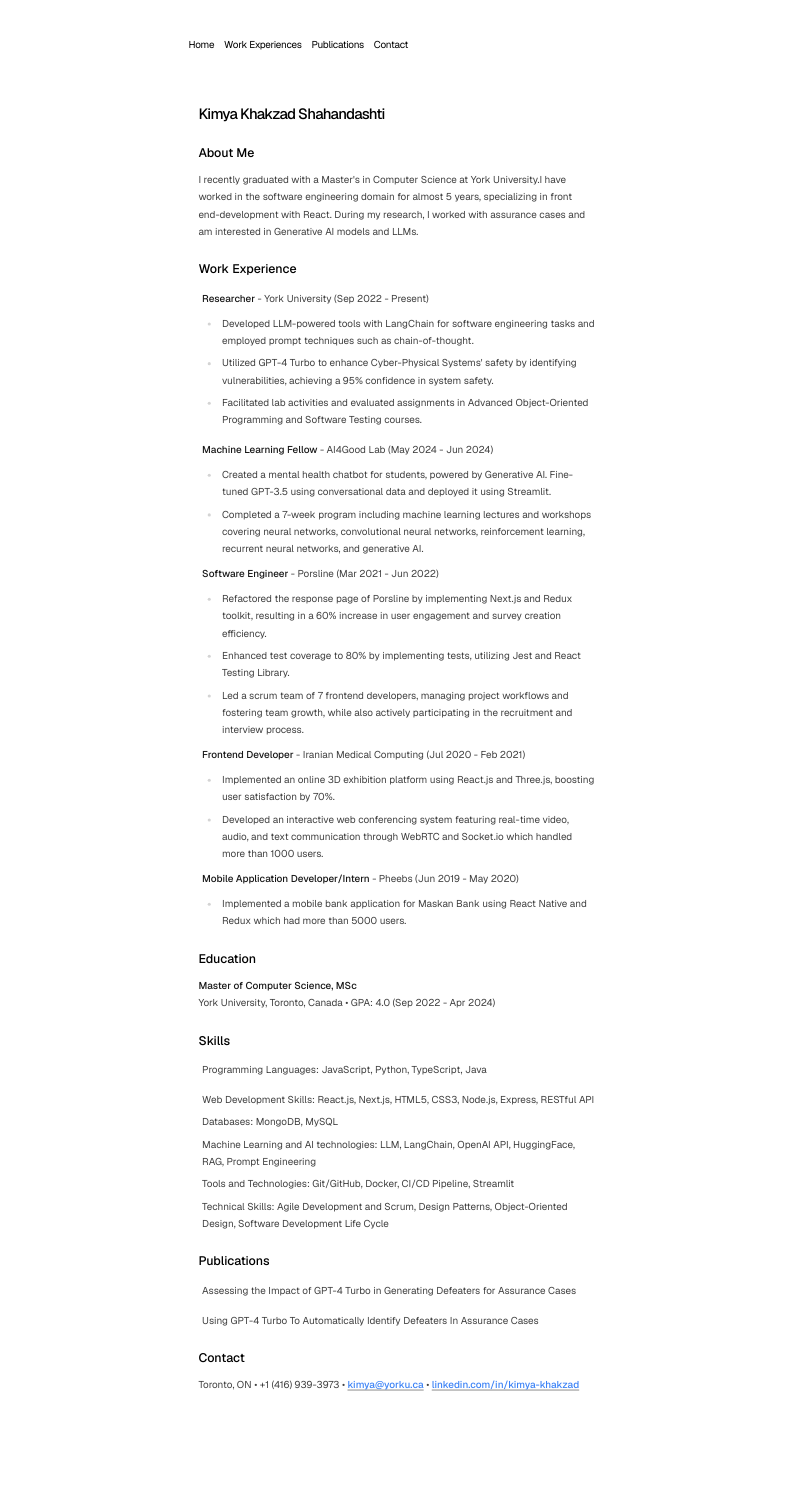
Repository: kimixz/kimixz.github.io
Page: /
These files come from the project's save history. The page is drawn as it stood at one moment and after the next save; the edit follows.
The browser window is 1280 px wide. The pictures show the whole page, at 62% of full size.
The project was rebuilt for these pictures with package versions that can differ from the ones it lists, and the page was loaded fresh each time. Some packages were replaced by stand-ins written for this rebuild. The framework's server and built-in components were replaced by stand-ins that run in the browser. Also part of the build but not shown: next.config.mjs, app/blog/[slug]/sandpack.tsx.

Above is the page before, as saved 2024-07-28 16:38:39.

### app/page.tsx
export default function Page() {
  return (
    <section className="max-w-3xl mx-auto p-4">
      <h1 className="font-medium text-2xl mb-8 tracking-tighter">Kimya Khakzad Shahandashti</h1>

      <section className="mb-8">
        <h2 className="font-medium text-xl mb-4">About Me</h2>
        <p className="prose prose-neutral dark:prose-invert">
          I recently graduated with a Master's in Computer Science at York University.I have worked in the software engineering domain for almost 5 years, specializing in front end-development with React.
          During my research, I worked with assurance cases and am interested in Generative AI models and LLMs.
        </p>
      </section>

      <section className="mb-8">
        <h2 className="font-medium text-xl mb-4">Work Experience</h2>
        <ul className="prose prose-neutral dark:prose-invert">
          <li>
            <strong>Researcher</strong> - York University (Sep 2022 - Present)
            <ul>
              <li>Developed LLM-powered tools with LangChain for software engineering tasks and employed prompt techniques such as chain-of-thought.</li>
              <li>Utilized GPT-4 Turbo to enhance Cyber-Physical Systems' safety by identifying vulnerabilities, achieving a 95% confidence in system safety.</li>
              <li>Facilitated lab activities and evaluated assignments in Advanced Object-Oriented Programming and Software Testing courses.</li>
            </ul>
          </li>
          <li>
            <strong>Machine Learning Fellow</strong> - AI4Good Lab (May 2024 - Jun 2024)
            <ul>
              <li>Created a mental health chatbot for students, powered by Generative AI. Fine-tuned GPT-3.5 using conversational data and deployed it using Streamlit.</li>
              <li>Completed a 7-week program including machine learning lectures and workshops covering neural networks, convolutional neural networks, reinforcement learning, recurrent neural networks, and generative AI.</li>
            </ul>
          </li>
          <li>
            <strong>Software Engineer</strong> - Porsline (Mar 2021 - Jun 2022)
            <ul>
              <li>Refactored the response page of Porsline by implementing Next.js and Redux toolkit, resulting in a 60% increase in user engagement and survey creation efficiency.</li>
              <li>Enhanced test coverage to 80% by implementing tests, utilizing Jest and React Testing Library.</li>
              <li>Led a scrum team of 7 frontend developers, managing project workflows and fostering team growth, while also actively participating in the recruitment and interview process.</li>
            </ul>
          </li>
          <li>
            <strong>Frontend Developer</strong> - Iranian Medical Computing (Jul 2020 - Feb 2021)
            <ul>
              <li>Implemented an online 3D exhibition platform using React.js and Three.js, boosting user satisfaction by 70%.</li>
              <li>Developed an interactive web conferencing system featuring real-time video, audio, and text communication through WebRTC and Socket.io which handled more than 1000 users.</li>
            </ul>
          </li>
          <li>
            <strong>Mobile Application Developer/Intern</strong> - Pheebs (Jun 2019 - May 2020)
            <ul>
              <li>Implemented a mobile bank application for Maskan Bank using React Native and Redux which had more than 5000 users.</li>
            </ul>
          </li>
        </ul>
      </section>

      <section className="mb-8">
        <h2 className="font-medium text-xl mb-4">Education</h2>
        <p className="prose prose-neutral dark:prose-invert">
          <strong>Master of Computer Science, MSc</strong><br />
          York University, Toronto, Canada • GPA: 4.0 (Sep 2022 - Apr 2024)
        </p>
      </section>

      <section className="mb-8">
        <h2 className="font-medium text-xl mb-4">Skills</h2>
        <ul className="prose prose-neutral dark:prose-invert">
          <li>Programming Languages: JavaScript, Python, TypeScript, Java</li>
          <li>Web Development Skills: React.js, Next.js, HTML5, CSS3, Node.js, Express, RESTful API</li>
          <li>Databases: MongoDB, MySQL</li>
          <li>Machine Learning and AI technologies: LLM, LangChain, OpenAI API, HuggingFace, RAG, Prompt Engineering</li>
          <li>Tools and Technologies: Git/GitHub, Docker, CI/CD Pipeline, Streamlit</li>
          <li>Technical Skills: Agile Development and Scrum, Design Patterns, Object-Oriented Design, Software Development Life Cycle</li>
        </ul>
      </section>

      <section className="mb-8">
        <h2 className="font-medium text-xl mb-4">Publications</h2>
        <ul className="prose prose-neutral dark:prose-invert">
          <li>Assessing the Impact of GPT-4 Turbo in Generating Defeaters for Assurance Cases</li>
          <li>Using GPT-4 Turbo To Automatically Identify Defeaters In Assurance Cases</li>
        </ul>
      </section>

      <section>
        <h2 className="font-medium text-xl mb-4">Contact</h2>
        <p className="prose prose-neutral dark:prose-invert">
          Toronto, ON • +1 (416) 939-3973 • <a href="mailto:kimya@yorku.ca" className="text-blue-500">kimya@yorku.ca</a> • <a href="https://linkedin.com/in/kimya-khakzad" className="text-blue-500">linkedin.com/in/kimya-khakzad</a>
        </p>
      </section>
    </section>
  );
}

### app/global.css
@tailwind base;
@tailwind components;
@tailwind utilities;

::selection {
  background-color: #47a3f3;
  color: #fefefe;
}

:root {
  --sh-class: #2d5e9d;
  --sh-identifier: #354150;
  --sh-sign: #8996a3;
  --sh-string: #007f7a;
  --sh-keyword: #e02518;
  --sh-comment: #a19595;
  --sh-jsxliterals: #6266d1;
  --sh-property: #e25a1c;
  --sh-entity: #e25a1c;
}

@media (prefers-color-scheme: dark) {
  :root {
    --sh-class: #4c97f8;
    --sh-identifier: white;
    --sh-keyword: #f47067;
    --sh-string: #0fa295;
  }
  html {
    color-scheme: dark;
  }
}

html {
  min-width: 360px;
}

.prose .anchor {
  @apply absolute invisible no-underline;

  margin-left: -1em;
  padding-right: 0.5em;
  width: 80%;
  max-width: 700px;
  cursor: pointer;
}

.anchor:hover {
  @apply visible;
}

.prose a {
  @apply transition-all decoration-neutral-400 dark:decoration-neutral-600 underline-offset-2 decoration-[0.1em];
}

.prose .anchor:after {
  @apply text-neutral-300 dark:text-neutral-700;
  content: '#';
}

.prose *:hover > .anchor {
  @apply visible;
}

.prose pre {
  @apply bg-neutral-50 dark:bg-neutral-900 rounded-lg overflow-x-auto border border-neutral-200 dark:border-neutral-900;
}

.prose code {
  @apply px-1 py-0.5 rounded-lg;
}

.prose pre code {
  @apply p-0;
  border: initial;
  line-height: 1.5;
}

.prose code span {
  @apply font-medium;
}

.prose img {
  /* Don't apply styles to next/image */
  @apply m-0;
}

.prose h2,
h3,
h4 {
  @apply font-medium tracking-tighter !important;
}

.prose strong {
  @apply font-medium;
}

.prose > :first-child {
  /* Override removing top margin, causing layout shift */
  margin-top: 1.25em !important;
  margin-bottom: 1.25em !important;
}

pre::-webkit-scrollbar {
  display: none;
}

pre {
  -ms-overflow-style: none; /* IE and Edge */
  scrollbar-width: none; /* Firefox */
}

/* Remove Safari input shadow on mobile */
input[type='text'],
input[type='email'] {
  -webkit-appearance: none;
  -moz-appearance: none;
  appearance: none;
}

.prose .tweet a {
  text-decoration: inherit;
  font-weight: 500;
}

table {
  display: block;
  max-width: fit-content;
  overflow-x: auto;
  white-space: nowrap;
}

.prose .callout > p {
  margin: 0 !important;
}

.title {
  text-wrap: balance;
}

### app/components/nav.tsx
import Link from 'next/link';

const navItems = {
  '/': {
    name: 'Home',
  },
  '/work': {
    name: 'Work Experiences',
  },
  '/publications': {
    name: 'Publications',
  },
  '/contact': {
    name: 'Contact',
  },
};

export function Navbar() {
  return (
    <aside className="-ml-[8px] mb-16 tracking-tight">
      <div className="lg:sticky lg:top-20">
        <nav
          className="flex flex-row items-start relative px-0 pb-0 fade md:overflow-auto scroll-pr-6 md:relative"
          id="nav"
        >
          <div className="flex flex-row space-x-0 pr-10">
            {Object.entries(navItems).map(([path, { name }]) => {
              return (
                <Link
                  key={path}
                  href={path}
                  className="transition-all hover:text-neutral-800 dark:hover:text-neutral-200 flex align-middle relative py-1 px-2"
                >
                  {name}
                </Link>
              );
            })}
          </div>
        </nav>
      </div>
    </aside>
  );
}

Loaded but not shown: app/layout.tsx (common file); tailwind.config.ts (common file)

After the next save:
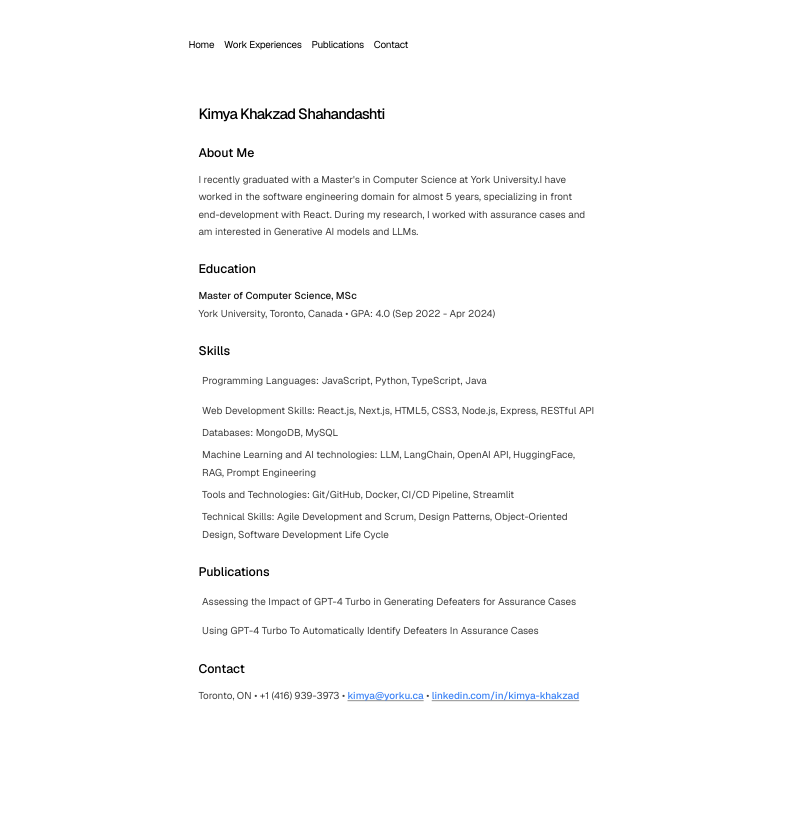
Saved 99 s later.
--- a/app/page.tsx
+++ b/app/page.tsx
@@ -11,47 +11,7 @@ export default function Page() {
         </p>
       </section>
 
-      <section className="mb-8">
-        <h2 className="font-medium text-xl mb-4">Work Experience</h2>
-        <ul className="prose prose-neutral dark:prose-invert">
-          <li>
-            <strong>Researcher</strong> - York University (Sep 2022 - Present)
-            <ul>
-              <li>Developed LLM-powered tools with LangChain for software engineering tasks and employed prompt techniques such as chain-of-thought.</li>
-              <li>Utilized GPT-4 Turbo to enhance Cyber-Physical Systems' safety by identifying vulnerabilities, achieving a 95% confidence in system safety.</li>
-              <li>Facilitated lab activities and evaluated assignments in Advanced Object-Oriented Programming and Software Testing courses.</li>
-            </ul>
-          </li>
-          <li>
-            <strong>Machine Learning Fellow</strong> - AI4Good Lab (May 2024 - Jun 2024)
-            <ul>
-              <li>Created a mental health chatbot for students, powered by Generative AI. Fine-tuned GPT-3.5 using conversational data and deployed it using Streamlit.</li>
-              <li>Completed a 7-week program including machine learning lectures and workshops covering neural networks, convolutional neural networks, reinforcement learning, recurrent neural networks, and generative AI.</li>
-            </ul>
-          </li>
-          <li>
-            <strong>Software Engineer</strong> - Porsline (Mar 2021 - Jun 2022)
-            <ul>
-              <li>Refactored the response page of Porsline by implementing Next.js and Redux toolkit, resulting in a 60% increase in user engagement and survey creation efficiency.</li>
-              <li>Enhanced test coverage to 80% by implementing tests, utilizing Jest and React Testing Library.</li>
-              <li>Led a scrum team of 7 frontend developers, managing project workflows and fostering team growth, while also actively participating in the recruitment and interview process.</li>
-            </ul>
-          </li>
-          <li>
-            <strong>Frontend Developer</strong> - Iranian Medical Computing (Jul 2020 - Feb 2021)
-            <ul>
-              <li>Implemented an online 3D exhibition platform using React.js and Three.js, boosting user satisfaction by 70%.</li>
-              <li>Developed an interactive web conferencing system featuring real-time video, audio, and text communication through WebRTC and Socket.io which handled more than 1000 users.</li>
-            </ul>
-          </li>
-          <li>
-            <strong>Mobile Application Developer/Intern</strong> - Pheebs (Jun 2019 - May 2020)
-            <ul>
-              <li>Implemented a mobile bank application for Maskan Bank using React Native and Redux which had more than 5000 users.</li>
-            </ul>
-          </li>
-        </ul>
-      </section>
+
 
       <section className="mb-8">
         <h2 className="font-medium text-xl mb-4">Education</h2>
